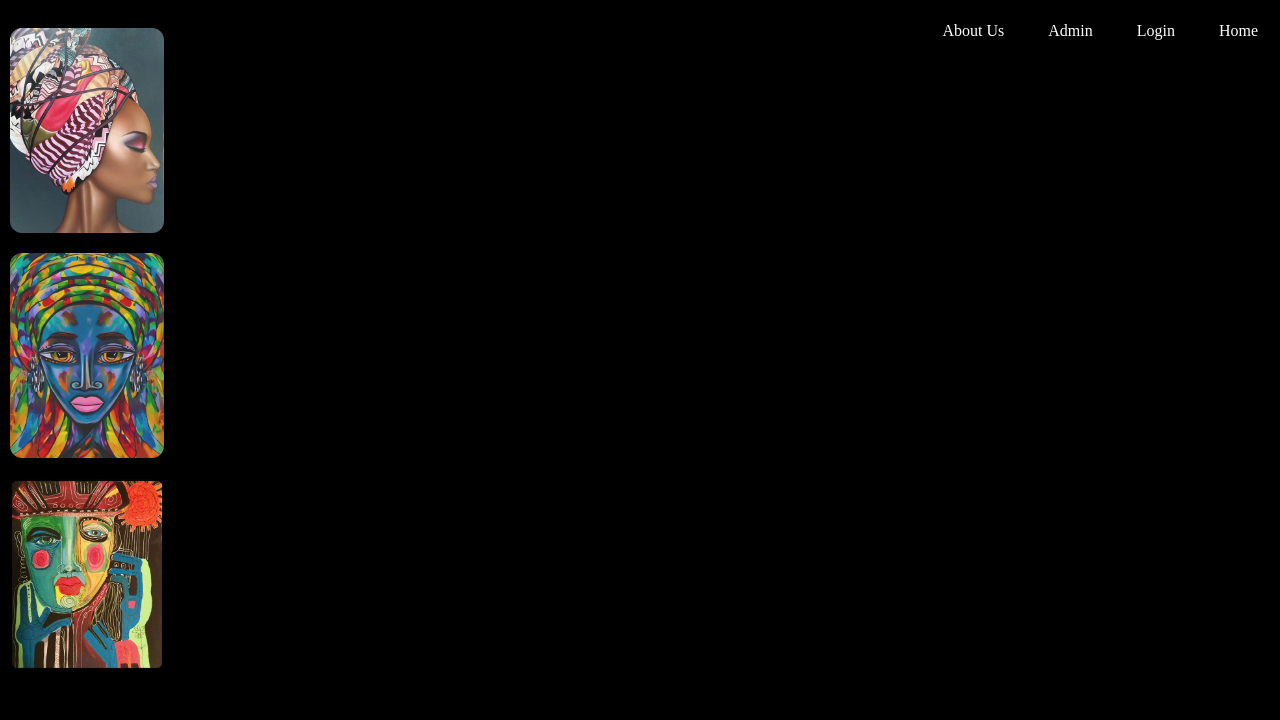
Repository: prathyushaa5/artgallery
Page: index.html
An editor plug-in stored every save of this project. The page is shown before and after the next save, followed by the edit.
The browser window is 1280 px wide. The pictures show the whole page.

Above is the page before, as saved 2023-11-09 23:37:45.

After the next save:
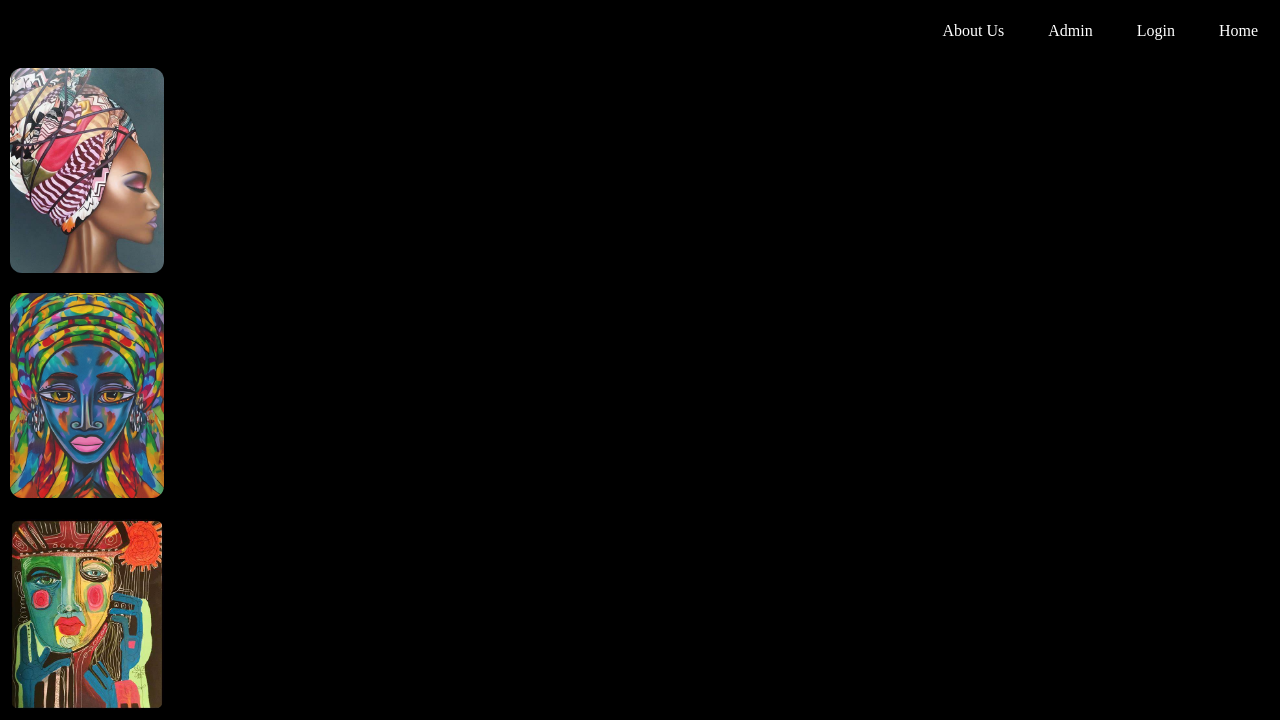
Saved 9 s later.
--- a/style1.css
+++ b/style1.css
@@ -28,7 +28,7 @@
     flex-direction:column;
     justify-content:space-around;
     position:relative;
-    bottom:40px;
+    bottom:40%;
 
 }
 img.img{

After the 3 saves that followed:
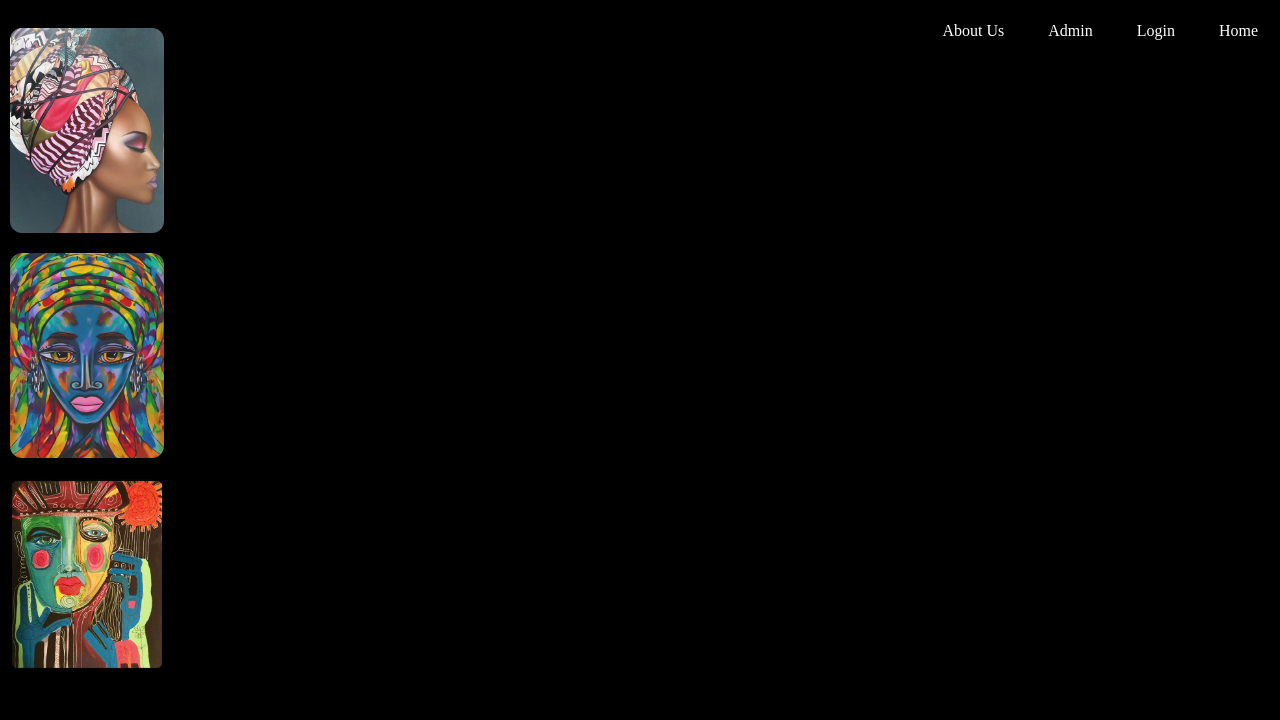
The 3 saves are shown as one change because 2 left the picture as it was.
The last was saved 23 s later.
--- a/style1.css
+++ b/style1.css
@@ -28,7 +28,7 @@
     flex-direction:column;
     justify-content:space-around;
     position:relative;
-    bottom:40%;
+    bottom:40px;
 
 }
 img.img{
